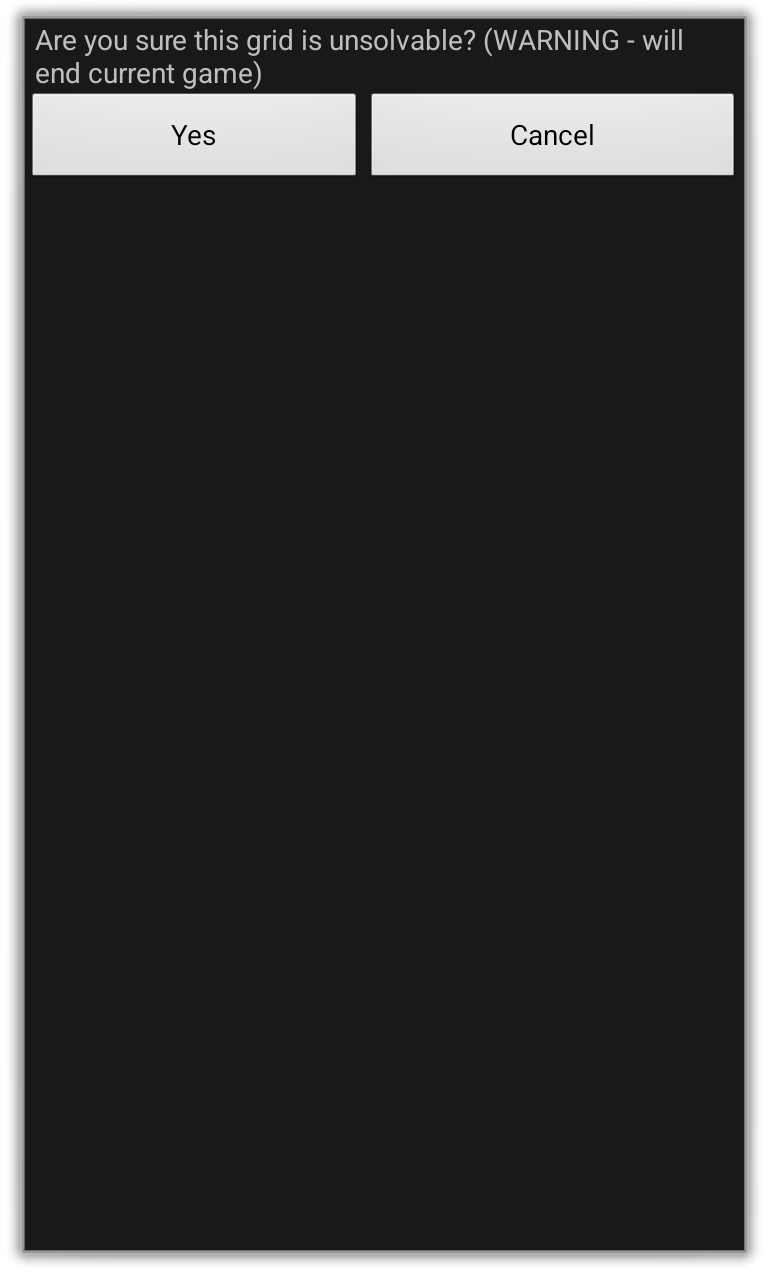
Repository: rickydalziel/project
Layout: Numbersorter/res/layout/activity_unsolve_dialog.xml
An editor plug-in stored every save of this project. The layout is shown before and after the next save, followed by the edit.
It is drawn on a 768 x 1280 px phone screen (xhdpi) without system bars, with theme android:Theme.Dialog; the app's code is not run.

Above is the layout before, as saved 2013-03-07 13:54:05.

### Numbersorter/res/layout/activity_unsolve_dialog.xml
<?xml version="1.0" encoding="utf-8"?>

<LinearLayout
     xmlns:android="http://schemas.android.com/apk/res/android"
	 android:orientation="vertical"
	 android:layout_width="fill_parent"
	 android:layout_height="fill_parent">


    <TextView
        	android:id="@+id/unsolveabletext"
        	android:paddingLeft="5dp"
        	android:paddingRight="5dp"
	        android:layout_width="fill_parent"
	        android:layout_height="wrap_content"
	        android:layout_gravity="center"
	        android:text_Alignment="center"
	        android:text="@string/unsolveable" />


	  <TableLayout
	        android:layout_height="wrap_content"
	        android:layout_width="wrap_content"
	        android:layout_gravity="center"
	        android:stretchColumns="*">

	      <TableRow>

	          <Button
	           android:id="@+id/unsolve_yes_button"
	           android:layout_width="wrap_content"
	           android:layout_height="wrap_content"
	           android:text="@string/yes"
	           android:onClick="yesPressed"/>

  			 <Button
	           android:id="@+id/unsolve_cancel_button"
	           android:layout_width="wrap_content"
	           android:layout_height="wrap_content"
	           android:text="@string/cancel"
	           android:onClick="cancelPressed"  />


		    </TableRow>


		</TableLayout>

</LinearLayout>

### Numbersorter/res/values/strings.xml
<?xml version="1.0" encoding="utf-8"?>
<resources>

    <!-- Main menu strings -->

    <string name="app_name">Numbersorter</string>
    <string name="main_menu">Main Menu</string>
    <string name="menu_settings">Settings</string>
    <string name="title_activity_main">Number Sorter</string>
    <string name="new_game">New Game</string>
    <string name="continue_game">Continue</string>
    <string name="about">About</string>
    <string name="exit_game">Exit</string>

    <!-- About scree strings -->

    <string name="about_app">About Numbersorter</string>
    <string name="about_text">	    Numbersorter is a program written and desgned by Ricky Dalziel, for his 4th year honours project.
	    The aim of the game is to swipe a mxn grid of numbers into position so that they read from 1 - (m*n).
	</string>
    <string name="hello_world">Hello world!</string>
    <string name="title_activity_about">AboutActivity</string>

    <!-- New game dialog strings -->

    <string name="newgametext">Please select a board width and height</string>
    <string name="height">Height</string>
    <string name="width">Width</string>
    <string name="cancel">Cancel</string>

    <!-- Array options for the dialog box -->

    <string-array name="size_array">
        <item>3</item>
        <item>4</item>
        <item>5</item>
        <item>6</item>
    </string-array>

    <string name="title_activity_game">Game</string>
    <string name="title_activity_unsolve_dialog">Unsolveable?</string>
    <string name="unsolveable">Are you sure this grid is unsolvable? (WARNING -  will end current game)</string>
    <string name="yes">Yes</string>
    <string name="no">No</string>

</resources>

After the next save:
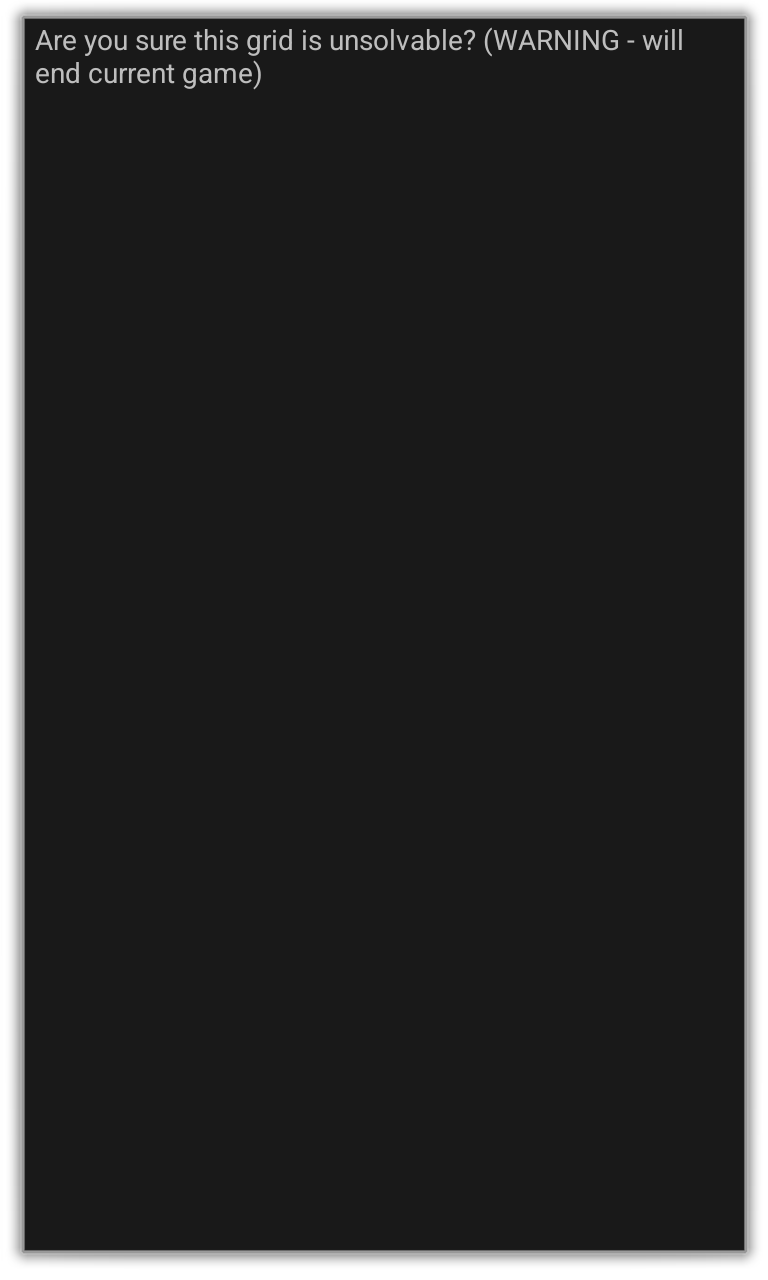
Saved 2 min 4 s later.
--- a/Numbersorter/res/layout/activity_unsolve_dialog.xml
+++ b/Numbersorter/res/layout/activity_unsolve_dialog.xml
@@ -12,9 +12,8 @@
         	android:paddingLeft="5dp"
         	android:paddingRight="5dp"
 	        android:layout_width="fill_parent"
-	        android:layout_height="wrap_content"
+	        android:layout_height="fill_parent"
 	        android:layout_gravity="center"
-	        android:text_Alignment="center"
 	        android:text="@string/unsolveable" />
 
 

After the save that followed:
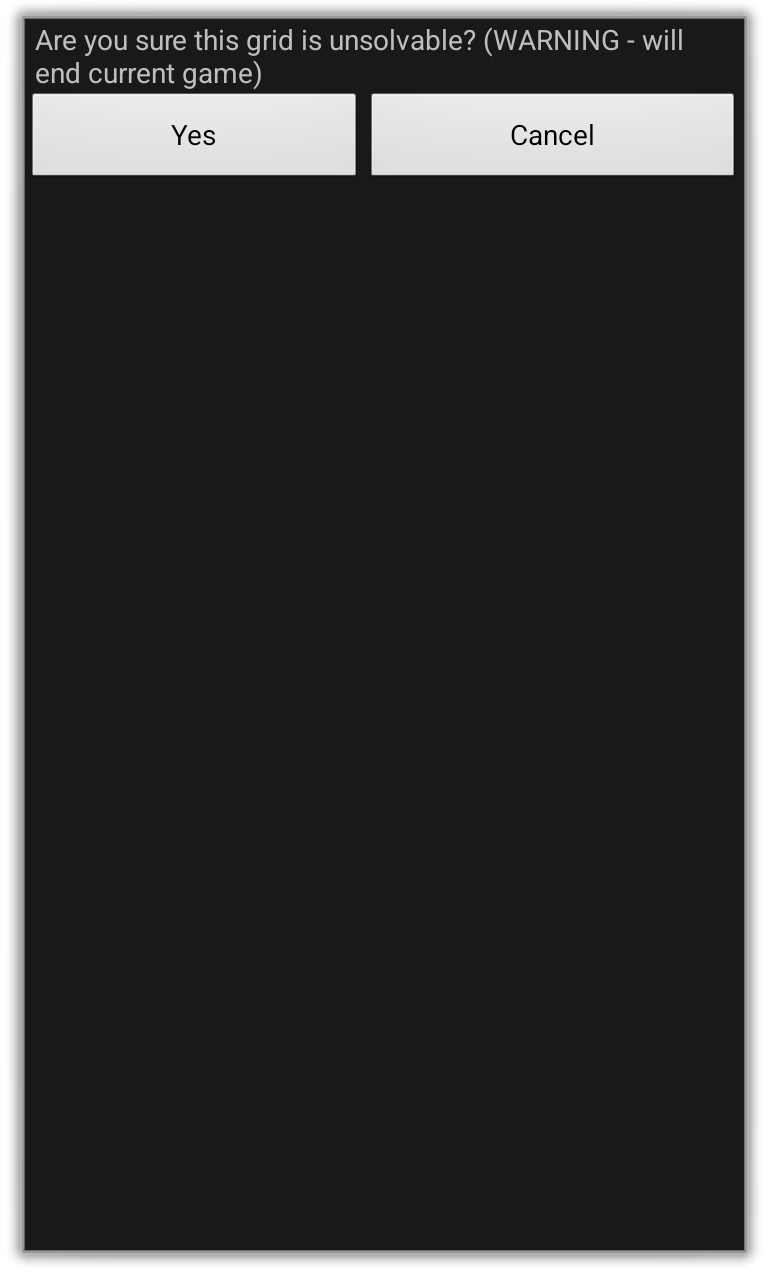
Saved 36 s later.
--- a/Numbersorter/res/layout/activity_unsolve_dialog.xml
+++ b/Numbersorter/res/layout/activity_unsolve_dialog.xml
@@ -12,7 +12,7 @@
         	android:paddingLeft="5dp"
         	android:paddingRight="5dp"
 	        android:layout_width="fill_parent"
-	        android:layout_height="fill_parent"
+	        android:layout_height="wrap_content"
 	        android:layout_gravity="center"
 	        android:text="@string/unsolveable" />
 
